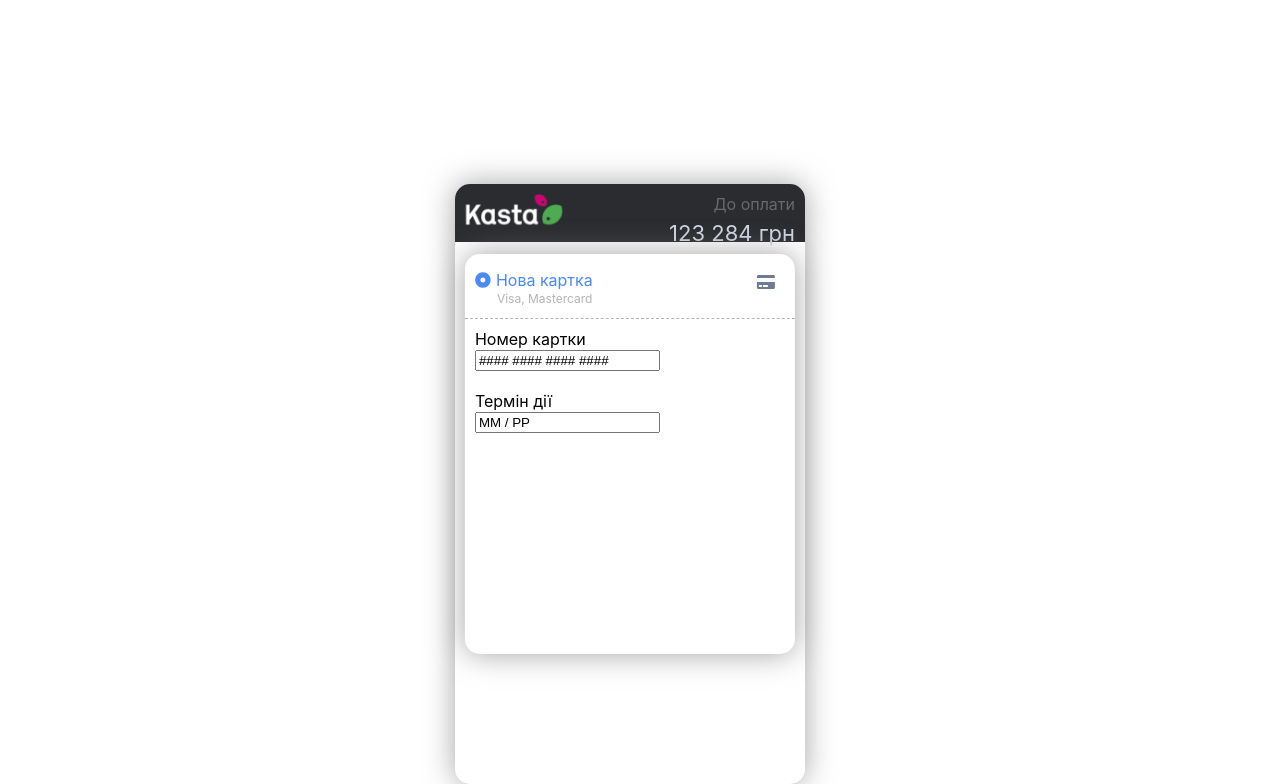
Repository: khamraeva/kasta
Page: /
An editor plug-in stored every save of this project. The page is shown before and after the next save, followed by the edit.
The browser window is 1280 px wide. The pictures show the whole page.
The project was rebuilt for these pictures with package versions that can differ from the ones it lists, and the page was loaded fresh each time.

Above is the page before, as saved 2020-03-02 17:50:04.

### public/index.html
<!DOCTYPE html>
<html lang="en">
  <head>
    <meta charset="utf-8" />
    <link rel="icon" href="%PUBLIC_URL%/favicon.ico" />
    <meta name="viewport" content="width=device-width, initial-scale=1" />
    <meta name="theme-color" content="#000000" />
    <meta
      name="description"
      content="Web site created using create-react-app"
    />
    <link rel="apple-touch-icon" href="%PUBLIC_URL%/logo192.png" />
    <!--
      manifest.json provides metadata used when your web app is installed on a
      user's mobile device or desktop. See https://developers.google.com/web/fundamentals/web-app-manifest/
    -->
    <link rel="manifest" href="%PUBLIC_URL%/manifest.json" />
    <!--
      Notice the use of %PUBLIC_URL% in the tags above.
      It will be replaced with the URL of the `public` folder during the build.
      Only files inside the `public` folder can be referenced from the HTML.

      Unlike "/favicon.ico" or "favicon.ico", "%PUBLIC_URL%/favicon.ico" will
      work correctly both with client-side routing and a non-root public URL.
      Learn how to configure a non-root public URL by running `npm run build`.
    -->
    <link rel="stylesheet" href="path/to/font-awesome/css/font-awesome.min.css">
    <title>React App</title>
  </head>
  <body>
    <noscript>You need to enable JavaScript to run this app.</noscript>
    <div id="root"></div>
    <!--
      This HTML file is a template.
      If you open it directly in the browser, you will see an empty page.

      You can add webfonts, meta tags, or analytics to this file.
      The build step will place the bundled scripts into the <body> tag.

      To begin the development, run `npm start` or `yarn start`.
      To create a production bundle, use `npm run build` or `yarn build`.
    -->
  </body>
</html>

### src/App.js
import React from 'react';
import Container from './components/Container/Container'

function App() {
  return (
    <Container />
  );
}

export default App;

### src/components/Container/Container.js
import React, { Component } from 'react';
import Header from '../Header/Header';
import PayForm from '../PayForm/PayForm';
import './container.css';

export default class Container extends Component {
    render() {
        return (
            <div className='form-container'>
                <Header />
                <PayForm />
            </div>
        )
    }
}

### src/components/Header/Header.js
import React, { Component } from 'react';
import Logo from './logo.png';
import './header.css';

export default class Header extends Component {
    render() {
        return (
            <div className='header'>
                <img className='logo' src={Logo} alt='logo' />
                <p className='topay'>До оплати</p>
                <p className='amount'>123 284 грн</p>
            </div>
        )
    }
}

### src/components/PayForm/PayForm.js
import React, { Component } from 'react';
import { FontAwesomeIcon } from '@fortawesome/react-fontawesome'
import { faCreditCard, faDotCircle } from '@fortawesome/free-solid-svg-icons'
import './payform.css';

export default class PayForm extends Component {
    render() {
        return (
            <div className='container'>
                <p className='new-card'>
                    <FontAwesomeIcon icon={faDotCircle} style={{color: 'rgb(75, 137, 245)'}}/>
                    <span style={{padding: '0 5px'}}>Нова картка</span>
                </p>
                <FontAwesomeIcon icon={faCreditCard} style={{color: 'rgb(110, 124, 145)'}}
                                className='card-icon'/>
                <p className='cards-name'> Visa, Mastercard </p>
                <div className='hr'/>
                <form className='card-form'>
                    <div className='card-number'>
                        <label> Номер картки </label><br/>
                        <input type="text" name="card-number" value="#### #### #### ####"/>
                    </div>
                    <div className='expiring'>
                        <label> Термін дії </label><br/>
                        <input type="text" name="card-number" value="MM / PP" />
                    </div>
                </form>

            </div>
        )
    }
}

### src/components/Container/container.css
.form-container {
    position: relative;
    transform: translate(130%, 28%);
    width: 350px;
    height: 600px;
    border-radius: 15px;
    box-shadow:  0 0 30px rgba(126, 126, 126, .7);
    z-index: 1;
}

### src/components/Header/header.css
.header {
    height: 8vh;
    background-color: rgb(42, 44, 48);
    border-radius: 15px 15px 0 0;
}
.topay {
    color: rgb(105, 105, 106);
    text-align: right;
    padding: 10px 10px 0 0;
}
.amount {
    color: rgb(207, 214, 223);
    text-align: right;
    font-size: 22px;
    margin-top: -10px;
    padding: 0 10px;
}
.logo {
    height: 5vh;
    padding: 10px 5px;
    float: left;
}

### src/components/PayForm/payform.css
.container {
    position: absolute;
    transform: translate(3%, 3%);
    width: 330px;
    height: 400px;
    border-radius: 15px;
    box-shadow:  0 0 30px rgba(126, 126, 126, .7);
    z-index: 10;
}
.new-card {
    padding: 0 10px;
    color: rgb(75, 137, 245);
    display: inline-block;
}
.card-icon {
    float: right;
    padding: 20px;
}
.cards-name {
    color: rgba(105, 105, 106, .5);
    font-size: 12px;
    padding: 0 32px;
    margin-top: -15px;
}
.hr {
    border-top: 1px dashed;
    color: rgba(105, 105, 106, .5);
}
/* .card-form {
    padding: 10px;
} */
.card-number {
    display: inline-block;
    padding: 10px;
}
.expiring {
    display: inline-block;
    padding: 10px;
}

Loaded but not shown: src/index.js (common file); src/index.css (common file); src/serviceWorker.js (common file)

After the next save:
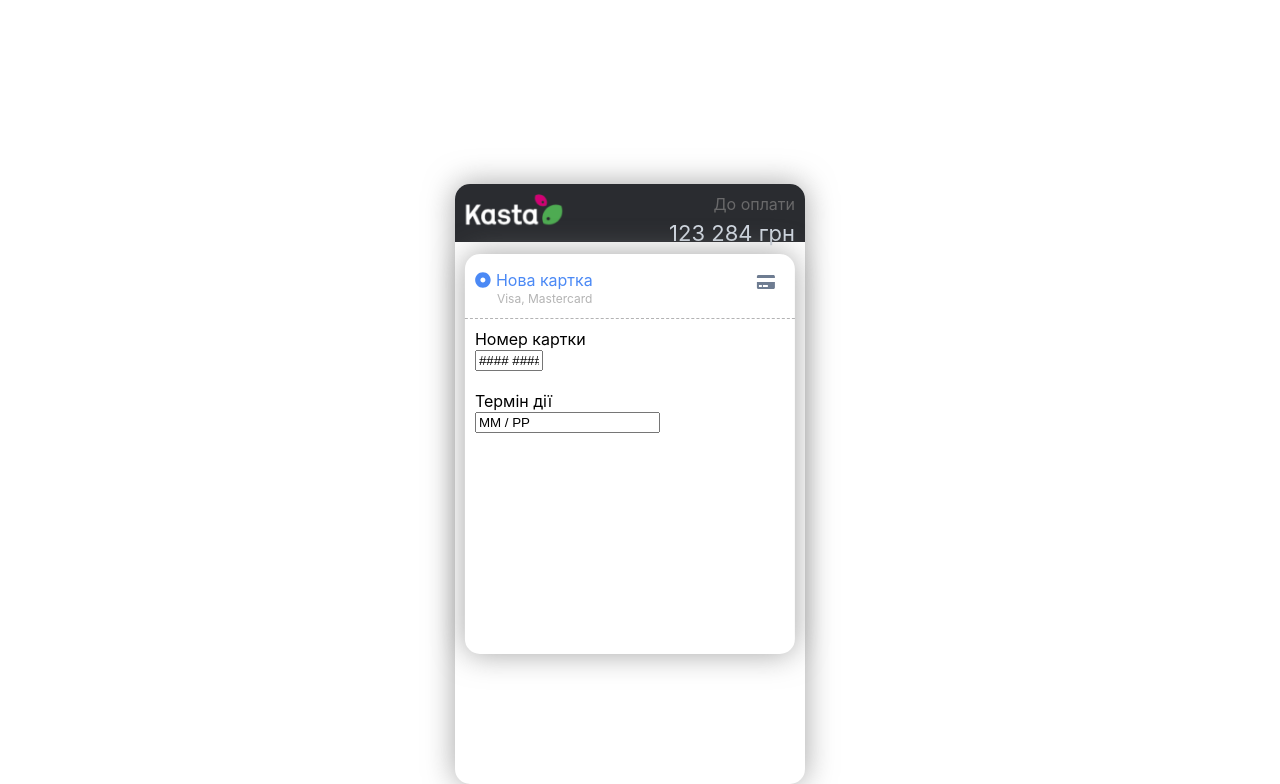
Saved 42 s later.
--- a/src/components/PayForm/payform.css
+++ b/src/components/PayForm/payform.css
@@ -33,6 +33,9 @@
     display: inline-block;
     padding: 10px;
 }
+.card-number input {
+    width: 60px;
+}
 .expiring {
     display: inline-block;
     padding: 10px;
